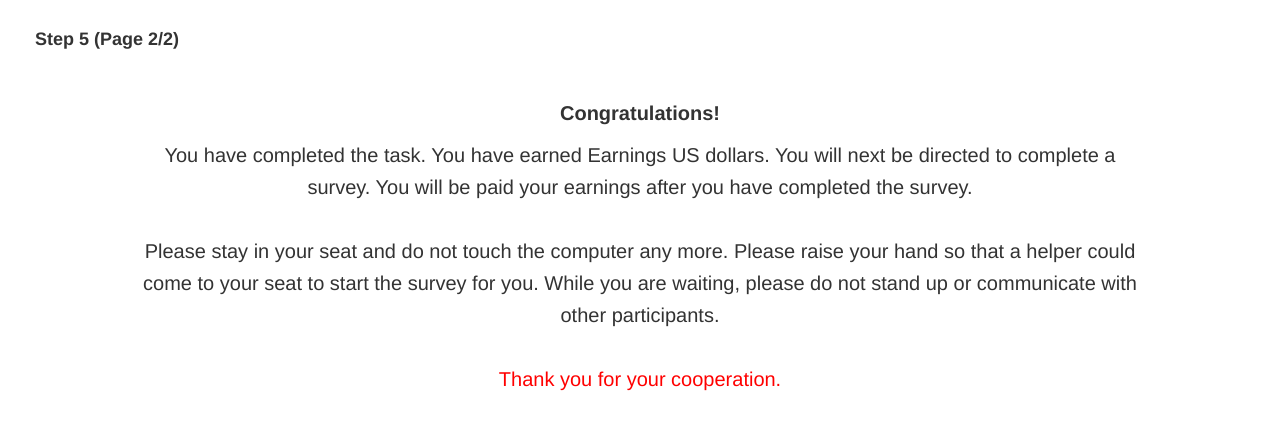
Repository: zmikaya/behavecon
Page: templates/group/Category3Dams_p28.html
The author's editor kept a record of every edit. The page is drawn from the files as they stood at one moment, then again after the next edit.
The browser window is 1280 px wide. The pictures show the whole page.
The template is drawn by Django 2.2. The application's start-up code is not run. Other server files are loaded and not shown. The template is opened directly, without the code that normally fills it, so the values that code supplies are empty.

Above is the page before.
Console error: TypeError: Cannot read properties of null (reading 'getAttribute')

### templates/group/Category3Dams_p28.html
{% extends 'sidebar-base.html' %}
{% load staticfiles %}

{% block body_block %}
    <!-- Page Content -->
    <div id="page-content-wrapper">
        <div class="container-fluid">
            <div class="progess-northwest">
                <h4><b>Step 5 (Page 2/2)</b></h4>
            </div>
            <div class="row">
                <div class="col-lg-1"></div>
                <div class="col-lg-10 center">
                    <p class="no-margn">
                        <b>Congratulations!</b>
                    </p>
                    <p class="no-margin">
                        You have completed the task.
                        <!--Payment-->
                        You have earned
                        Earnings US dollars. You will next be directed to
                        complete a survey. You will be paid your earnings
                        after you have completed the survey.
                    </p>
                    <!--Payment-->
                    <br>
                    <p class="no-margin">
                        Please stay in your seat and do not touch the
                        computer any more. Please raise your hand so that a
                        helper could come to your seat to start the survey for
                        you. While you are waiting, please do not stand up or
                        communicate with other participants.
                    </p>
                    <br>
                    <p class="no-margin">
                        <font color="red">Thank you for your cooperation.</font>
                    </p>
                </div>
            </div>
                    <!--<a href="#menu-toggle" class="btn btn-default" id="menu-toggle">Toggle Menu</a>-->
        </div>
    </div>
    <!-- /#page-content-wrapper -->
{% endblock %}

### templates/sidebar-base.html
<!DOCTYPE html>
{% load staticfiles %}
<html lang="en">

<head>

    <meta charset="utf-8">
    <meta http-equiv="X-UA-Compatible" content="IE=edge">
    <meta name="viewport" content="width=device-width, initial-scale=1">
    <meta name="description" content="">
    <meta name="author" content="">

    <title>BehaveCon</title>

    <!-- Bootstrap Core CSS -->
    <link href="{% static "css/bootstrap.min.css" %}" rel="stylesheet">

    <!-- Custom CSS -->
    <link href="{% static "css/simple-sidebar.css" %}" rel="stylesheet">

    <link href="{% static "css/style.css" %}" rel="stylesheet">

    <script src="{% static "js/jquery.js" %}"></script>

    <script src="{% static "js/embed.js" %}" type="text/javascript"></script>

    <!-- HTML5 Shim and Respond.js IE8 support of HTML5 elements and media queries -->
    <!-- WARNING: Respond.js doesn't work if you view the page via file:// -->
    <!--[if lt IE 9]>
        <script src="https://oss.maxcdn.com/libs/html5shiv/3.7.0/html5shiv.js"></script>
        <script src="https://oss.maxcdn.com/libs/respond.js/1.4.2/respond.min.js"></script>
    <![endif]-->


</head>

<body>

    <!--<div id="wrapper">-->

        <!-- Sidebar -->
    <!--    <div id="sidebar-wrapper">-->
    <!--        <ul class="sidebar-nav">-->
    <!--            <li class="sidebar-brand">-->
    <!--                <a href="#">-->
    <!--                    Start Bootstrap-->
    <!--                </a>-->
    <!--            </li>-->
    <!--            <li>-->
    <!--                <a href="#">Dashboard</a>-->
    <!--            </li>-->
    <!--            <li>-->
    <!--                <a href="#">Shortcuts</a>-->
    <!--            </li>-->
    <!--            <li>-->
    <!--                <a href="#">Overview</a>-->
    <!--            </li>-->
    <!--            <li>-->
    <!--                <a href="#">Events</a>-->
    <!--            </li>-->
    <!--            <li>-->
    <!--                <a href="#">About</a>-->
    <!--            </li>-->
    <!--            <li>-->
    <!--                <a href="#">Services</a>-->
    <!--            </li>-->
    <!--            <li>-->
    <!--                <a href="#">Contact</a>-->
    <!--            </li>-->
    <!--        </ul>-->
    <!--    </div>-->
        <!-- /#sidebar-wrapper -->

        <!-- Page Content -->
        {% block body_block %}{% endblock %}
    <!-- /#wrapper -->

    <!-- jQuery -->
    <script src="{% static "js/jquery.js" %}"></script>

    <!-- Bootstrap Core JavaScript -->
    <script src="{% static "js/bootstrap.min.js" %}"></script>

    <script src="{% static "js/script.js" %}"></script>

    <!-- Menu Toggle Script -->
    <script>
    $("#menu-toggle").click(function(e) {
        e.preventDefault();
        $("#wrapper").toggleClass("toggled");
    });
    </script>

</body>

</html>

### static/css/simple-sidebar.css
/*!
 * Start Bootstrap - Simple Sidebar HTML Template (http://startbootstrap.com)
 * Code licensed under the Apache License v2.0.
 * For details, see http://www.apache.org/licenses/LICENSE-2.0.
 */

/* Toggle Styles */

#wrapper {
    padding-left: 0;
    -webkit-transition: all 0.5s ease;
    -moz-transition: all 0.5s ease;
    -o-transition: all 0.5s ease;
    transition: all 0.5s ease;
}

#wrapper.toggled {
    padding-left: 250px;
}

#sidebar-wrapper {
    z-index: 1000;
    position: fixed;
    left: 250px;
    width: 0;
    height: 100%;
    margin-left: -250px;
    overflow-y: auto;
    background: #000;
    -webkit-transition: all 0.5s ease;
    -moz-transition: all 0.5s ease;
    -o-transition: all 0.5s ease;
    transition: all 0.5s ease;
}

#wrapper.toggled #sidebar-wrapper {
    width: 250px;
}

#page-content-wrapper {
    width: 100%;
    position: absolute;
    padding: 15px;
}

#wrapper.toggled #page-content-wrapper {
    position: absolute;
    margin-right: -250px;
}

/* Sidebar Styles */

.sidebar-nav {
    position: absolute;
    top: 0;
    width: 250px;
    margin: 0;
    padding: 0;
    list-style: none;
}

.sidebar-nav li {
    text-indent: 20px;
    line-height: 40px;
}

.sidebar-nav li a {
    display: block;
    text-decoration: none;
    color: #999999;
}

.sidebar-nav li a:hover {
    text-decoration: none;
    color: #fff;
    background: rgba(255,255,255,0.2);
}

.sidebar-nav li a:active,
.sidebar-nav li a:focus {
    text-decoration: none;
}

.sidebar-nav > .sidebar-brand {
    height: 65px;
    font-size: 18px;
    line-height: 60px;
}

.sidebar-nav > .sidebar-brand a {
    color: #999999;
}

.sidebar-nav > .sidebar-brand a:hover {
    color: #fff;
    background: none;
}

@media(min-width:768px) {
    #wrapper {
        padding-left: 250px;
    }

    #wrapper.toggled {
        padding-left: 0;
    }

    #sidebar-wrapper {
        width: 250px;
    }

    #wrapper.toggled #sidebar-wrapper {
        width: 0;
    }

    #page-content-wrapper {
        padding: 20px;
        position: relative;
    }

    #wrapper.toggled #page-content-wrapper {
        position: relative;
        margin-right: 0;
    }
}

### static/css/style.css
.center {
    text-align: center;
    font-size: 20px;
    margin-top: 3%;
    line-height: 160%;
}

.left-align {
    font-size: 20px;
    margin-top: 3%;
    line-height: 160%;
}

.left-align-width {
    font-size: 20px;
    margin-top: 3%;
    line-height: 160%;
    width: 80% !important;
}

.left-align-no-margin {
    font-size: 20px;
    margin-top: 0;
    line-height: 160%;
}

.inline {
    display: inline-block;
}

.continue {
    margin-top: 10%;
}

.text {
    font-size: 20px;
    line-height: 160%;
}

.left {
    margin-top: 3%;
    width: 50%;
    float: left;
}

.right {
    margin-top: 3%;
    width: 50%;
    float: right;
}

.damTable {
    max-height: 100%;
    max-width: 100%;
    margin-top: 15%;
}

.damContinue {
    float: right;
    font-size: 20px;
    padding-right: 5%;
}

.bullet-points li {
    margin-bottom: 2%;
}

.practice-ml-row{
    height: 150px;
    border-bottom: thick solid #A69F9F;
}

.col-md-6 p{
    margin: 0;
    transform: translateY(50%);
}

.table-center {
    transform: translateY(50%);
}

.table-3-center {
    transform: translateY(20%);
}

.list-no-style {
    list-style-type: none;
}

.list-inline {
    vertical-align: top;
}

.table-inline {
    display: inline-block;
}
.border{
    height: 100%;
    border-left: thick solid #A69F9F;
}

.no-margin {
    margin: 0;
}

.chat {
    margin-top: 4%;
}

.enterinfo {
    width: 15%;
}

.error-msg {
    color: red;
}

.npresent {
    padding-left: 35px;
}



#leftAnswers {
    margin-top: 5%;
}

#black-border {
    border: solid black;
}

### static/js/embed.js
function tlkioOnload() {
    var target_element  = document.getElementById('tlkio'),
        channel_name    = target_element.getAttribute('data-channel'),
        custom_css_path = target_element.getAttribute('data-theme'),
        nickname        = target_element.getAttribute('data-nickname'),
        iframe          = document.createElement('iframe');

    // var iframe_src = 'http://embed.lvh.me:3000/' + channel_name,
    var iframe_src = '//embed.tlk.io/' + channel_name,
        iframe_query = [];


    if (custom_css_path && custom_css_path.length > 0) {
      iframe_query.push('custom_css_path=' + custom_css_path);
    }

    if (nickname && nickname.length > 0) {
      iframe_query.push('nickname=' + nickname);
    }

    if (iframe_query.length > 0) {
      iframe_src += '?' + iframe_query.join('&')
    }

    iframe.setAttribute('src', iframe_src);
    iframe.setAttribute('width', '100%');
    iframe.setAttribute('height', '100%');
    iframe.setAttribute('frameborder', '0');
    iframe.setAttribute('style', 'margin-bottom: -8px;');

    var current_style = target_element.getAttribute('style');
    target_element.setAttribute('style', 'overflow: auto; -webkit-overflow-scrolling: touch;' + current_style);

    target_element.appendChild(iframe);
};

### static/js/script.js
var url = "/Category3Dams/"

function getCookie(name) {
    var cookieValue = null;
    if (document.cookie && document.cookie != '') {
        var cookies = document.cookie.split(';');
        for (var i = 0; i < cookies.length; i++) {
            var cookie = jQuery.trim(cookies[i]);
            // Does this cookie string begin with the name we want?
            if (cookie.substring(0, name.length + 1) == (name + '=')) {
                cookieValue = decodeURIComponent(cookie.substring(name.length + 1));
                break;
            }
        }
    }
    return cookieValue;
}


// $('.next').click(function(){
//     var csrftoken = getCookie('csrftoken');
//     var id = $("#enterid").val();
//     var page = $(this).attr('id')+'/';
//     $.ajax({
//       type: "POST",
//       url: url + page,
//       data: {
//           'id': id,
//           'csrfmiddlewaretoken': csrftoken
//         },
//         success: nextPage,
//         dataType: 'html'
//     });
// });

function dictToList(dict) {
    var keys = Object.keys(dict).sort()
    var data = [];
    for (var i=0; i<keys.length; i++) {
        data.push(dict[keys[i]]);
    }
    return data
}

function ajaxGetPage(page, data){
    var csrftoken = getCookie('csrftoken');
    console.log(url+page)
    var id = $("#enterid").val();
    // var page = $(this).attr('id')+'/';
    if (data) {
        var out = JSON.stringify(dictToList(data));
        console.log(out)
        $.ajax({
          type: "POST",
          url: url + page,
          data: {
              'data': out,
              'csrfmiddlewaretoken': csrftoken
            },
            success: nextPage,
            dataType: 'html'
        });
    }
    else {
        $.ajax({
          type: "POST",
          url: url + page,
          data: {
              'id': id,
              'csrfmiddlewaretoken': csrftoken
            },
            success: nextPage,
            dataType: 'html'
        });
    }
};

function ajaxSendData(page, data){
    var csrftoken = getCookie('csrftoken');
    console.log(url+page)
    var id = $("#enterid").val();
    // var page = $(this).attr('id')+'/';
    if (data) {
        var out = JSON.stringify(dictToList(data));
        console.log(out)
        $.ajax({
          type: "POST",
          url: url + page,
          data: {
              'data': out,
              'csrfmiddlewaretoken': csrftoken
            },
            success: emptyReturn,
            dataType: 'html'
        });
    }
}


function emptyReturn(data, textStatus, jqXHR){
    // var data = $.parseHTML(data);
    // console.log(data)
    // $("html").empty();
    // for(var i=0; i<data.length; i++){
    //     $("html").append(data[i])
    // }
    // if (tlkioOnload) {
    //     tlkioOnload();
    // }
}

// if (tlkioOnload) {
//     tlkioOnload();
// }


// handles the returned html/data from Django
// clears existing body, then replaces it with returned html
var test = null;
function nextPage(data, textStatus, jqXHR){
    test = data;
    var data = $.parseHTML(data);
    console.log(data)
    $("html").empty();
    for(var i=0; i<data.length; i++){
        $("html").append(data[i])
    }
    if (tlkioOnload) {
        tlkioOnload();
    }
}

if (tlkioOnload) {
    tlkioOnload();
}

Loaded but not shown: static/css/bootstrap.min.css (library); static/js/jquery.js (library); static/js/bootstrap.min.js (library)

After the next edit:
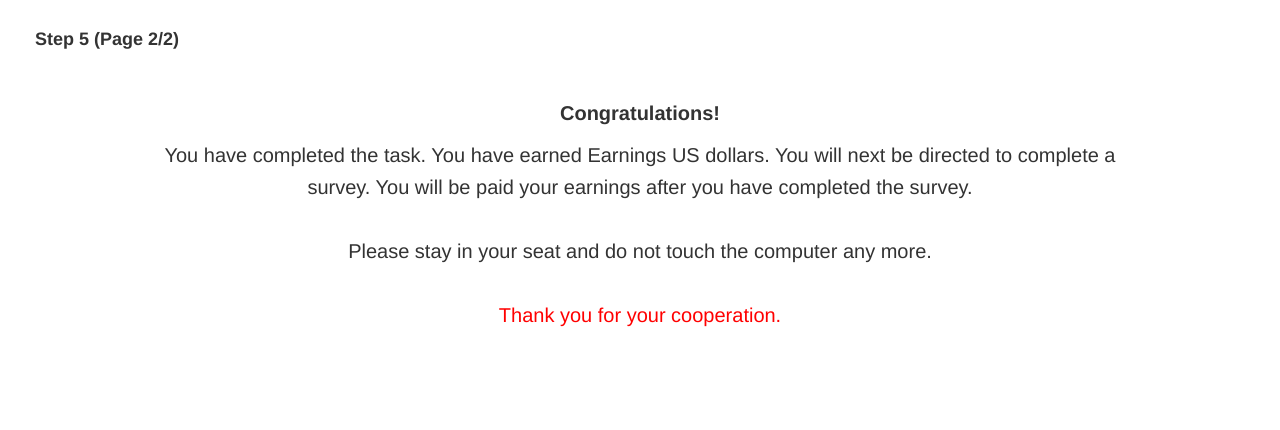
The edit:
--- a/templates/group/Category3Dams_p28.html
+++ b/templates/group/Category3Dams_p28.html
@@ -26,10 +26,11 @@
                     <br>
                     <p class="no-margin">
                         Please stay in your seat and do not touch the
-                        computer any more. Please raise your hand so that a
-                        helper could come to your seat to start the survey for
-                        you. While you are waiting, please do not stand up or
-                        communicate with other participants.
+                        computer any more.
+                        <!--Please raise your hand so that a -->
+                        <!--helper could come to your seat to start the survey for -->
+                        <!--you. While you are waiting, please do not stand up or -->
+                        <!--communicate with other participants.-->
                     </p>
                     <br>
                     <p class="no-margin">
